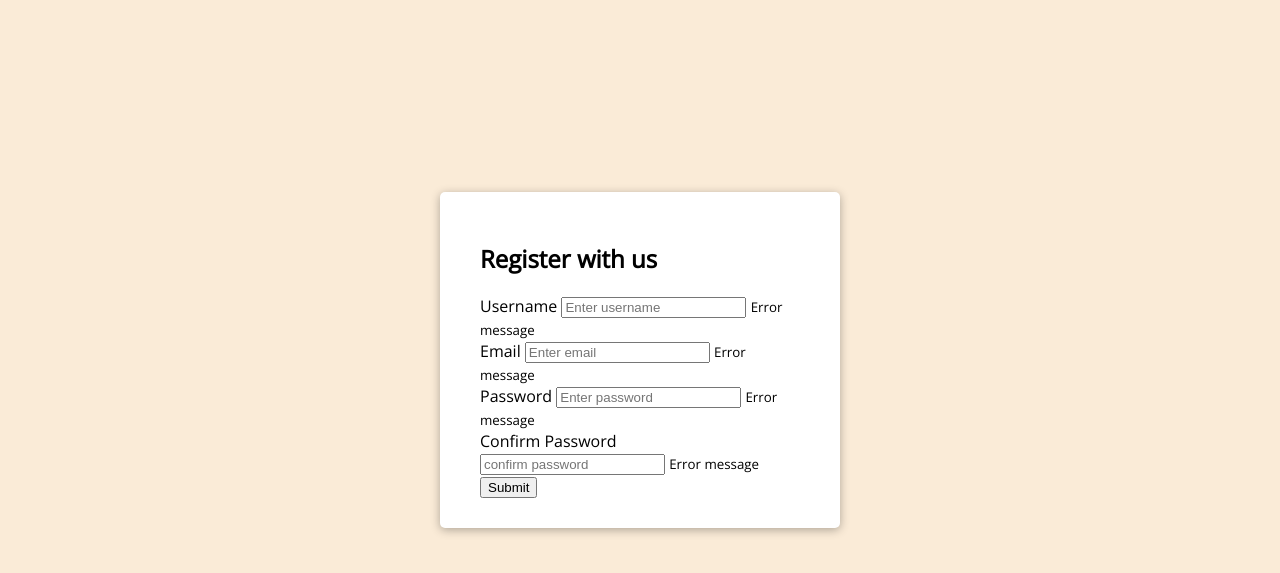
Repository: Azariagmt/Vanilla-javascript
Page: Form-Validator/index.html
These files come from the project's save history. The page is drawn as it stood at one moment and after a run of saves; the edit follows.
The browser window is 1280 px wide. The pictures show the whole page.

Above is the page before, as saved 2020-04-20 09:38:30.

After the next 5 saves:
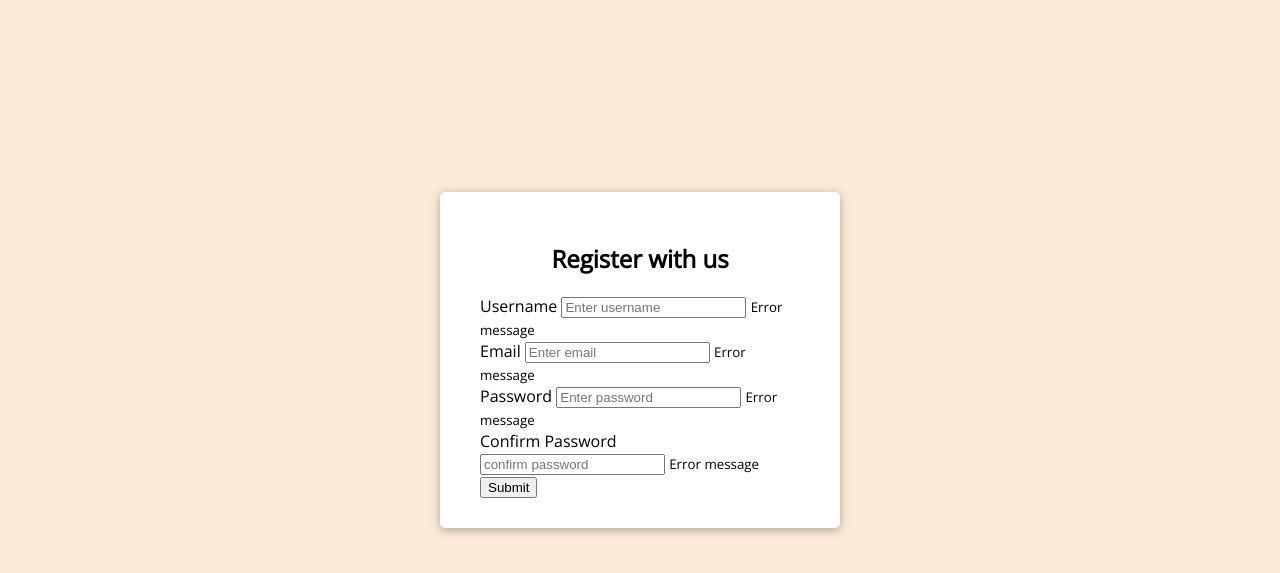
The 5 saves are shown as one change because they came seconds apart.
The last was saved 12 s later.
--- a/Form-Validator/style.css
+++ b/Form-Validator/style.css
@@ -21,7 +21,10 @@ body{
     width: 400px;
 }
 
-
+h2{
+    text-align: center;
+    m
+}
 
 .form{
     padding: 30px 40px;
